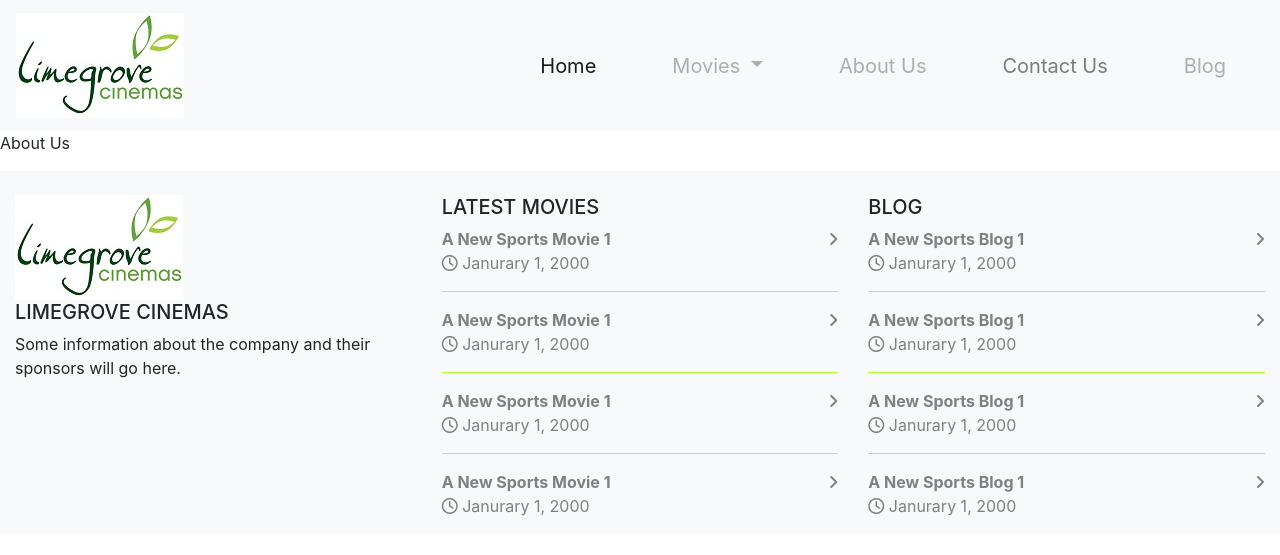
Repository: SimplyZacc/movie-web-template
Page: http://localhost/aboutus.php
The author's editor kept a copy of each file at every save. The page is drawn from the files as they stood at one save, then again after the next save.
The browser window is 1280 px wide. The pictures show the whole page.
Some web libraries are served in a nearby version. The page is run by PHP 8.4 with error messages shown; the project is at /var/www/html/.

Above is the page before, as saved 2020-03-28 11:44:13.

After the next save:
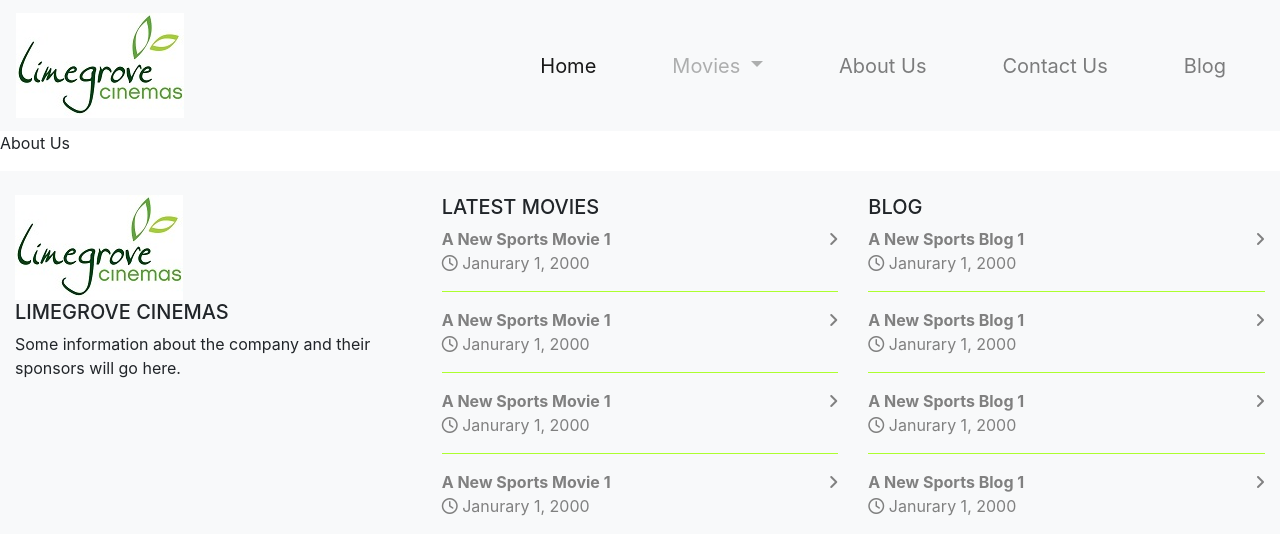
Saved 5 s later.
--- a/templates/header.php
+++ b/templates/header.php
@@ -62,7 +62,7 @@ session_start();
                 </li>
 
                 <li class="nav-item ">
-                    <a class="nav-link disabled" href="aboutus.php">About Us</a>
+                    <a class="nav-link" href="aboutus.php">About Us</a>
                 </li>
 
                 <li class="nav-item p-r-10">
@@ -70,7 +70,7 @@ session_start();
                 </li>
 
                 <li class="nav-item p-r-10">
-                    <a class="nav-link disabled" href="blog.php">Blog</a>
+                    <a class="nav-link" href="blog.php">Blog</a>
                 </li>
             </ul>
 
